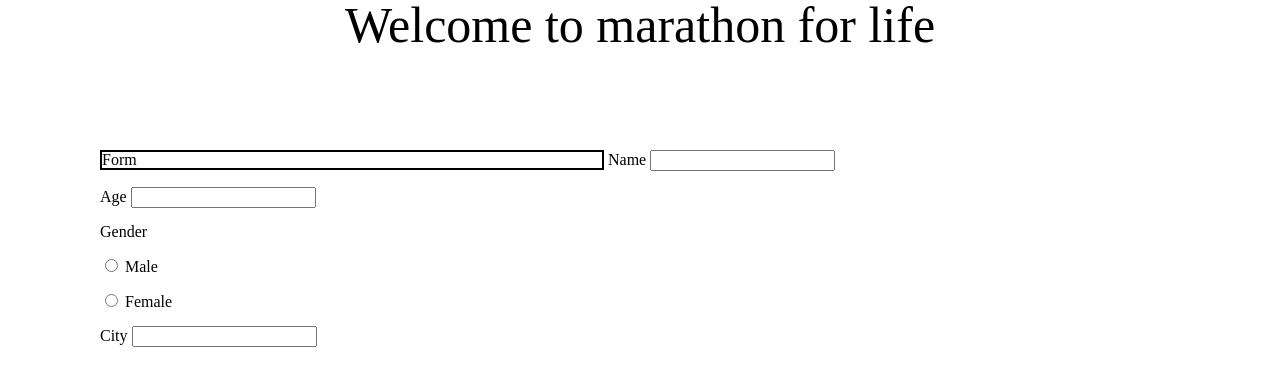
Repository: Razan-am/exam-practice
Page: marathon.html
An editor plug-in stored every save of this project. The page is shown before and after the next save, followed by the edit.
The browser window is 1280 px wide. The pictures show the whole page.

Above is the page before, as saved 2021-05-31 14:27:34.

After the next save:
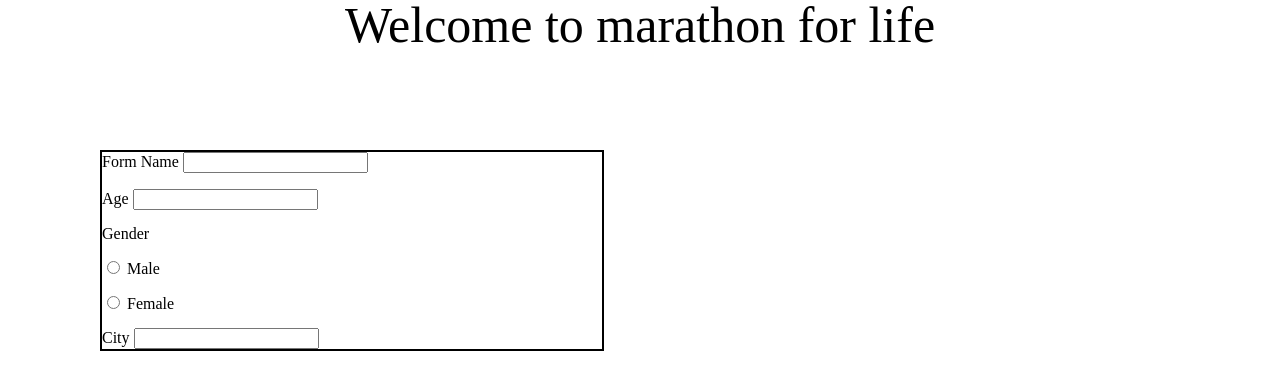
Saved 14 s later.
--- a/marathon.html
+++ b/marathon.html
@@ -14,7 +14,7 @@
     </header>
     <main>
         <form action="" id="myForm">
-            <fieldset>Form</fieldset>
+            <fieldset>Form
             <label for="name">Name</label>
             <input type="text" id="name" name="name">
             <br/> <br/>
@@ -31,6 +31,7 @@
             <br/><br/>
             <label for="city">City</label>
             <input type="text" id="city" name="city">
+        </fieldset>
         </form>
         <div>
             <table id="myTable"></table>
